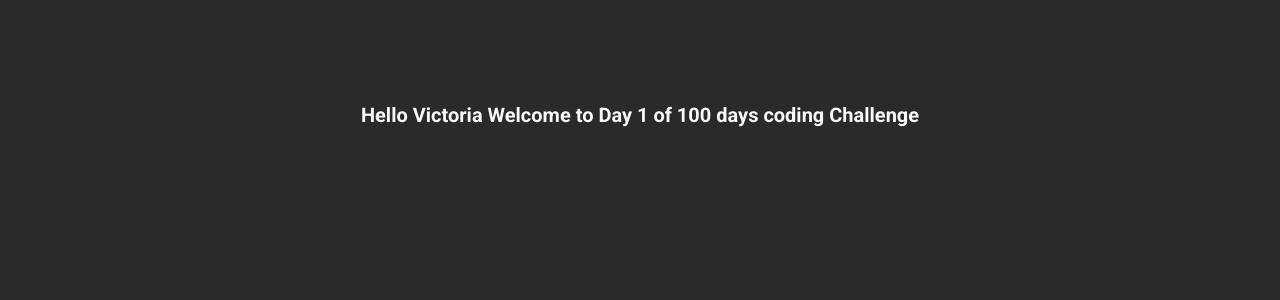
Repository: VickyJacob23/100DaysOfCoding
Page: day1/index.html
An editor plug-in stored every save of this project. The page is shown before and after the next save, followed by the edit.
The browser window is 1280 px wide. The pictures show the whole page.

Above is the page before, as saved 2024-08-14 11:39:27.

After the next save:
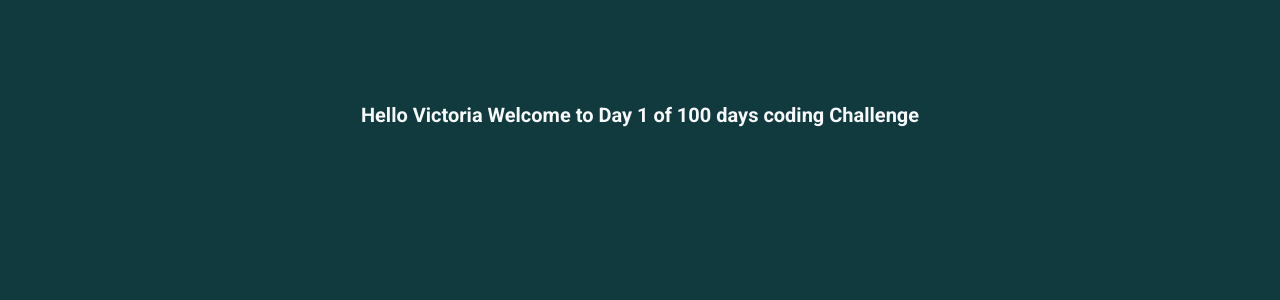
Saved 13 min 0 s later.
--- a/day1/style.css
+++ b/day1/style.css
@@ -2,7 +2,7 @@
 
 body {
   font-family: "Roboto", sans-serif;
-  background-color: #2b2a2a;
+  background-color: #113a3f;
   display: flex;
   justify-content: center;
   align-items: center;
